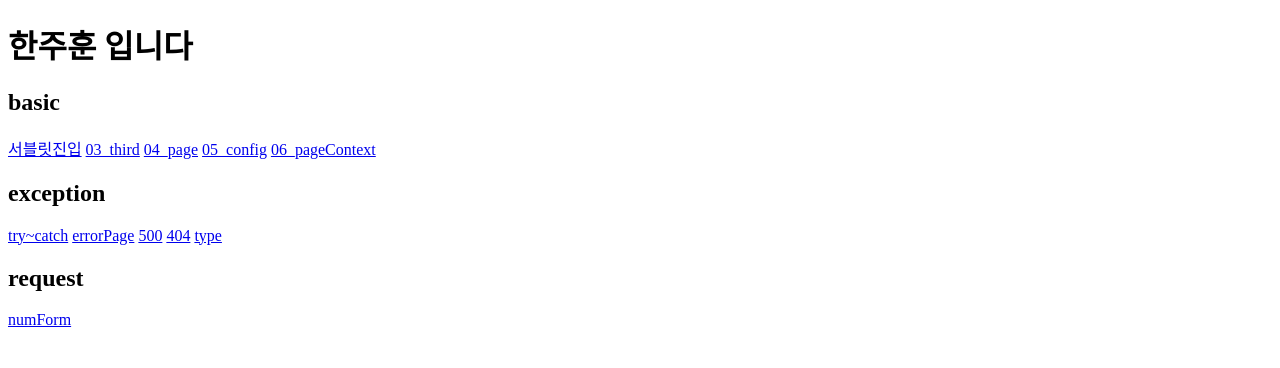
Repository: hjh5217/newJSP
Page: http://localhost/jspProj/
An editor plug-in stored every save of this project. The page is shown before and after the next save, followed by the edit.
The browser window is 1280 px wide. The pictures show the whole page.
The page is served by Tomcat 9.

Above is the page before, as saved 2023-07-27 07:49:29.

After the next save:
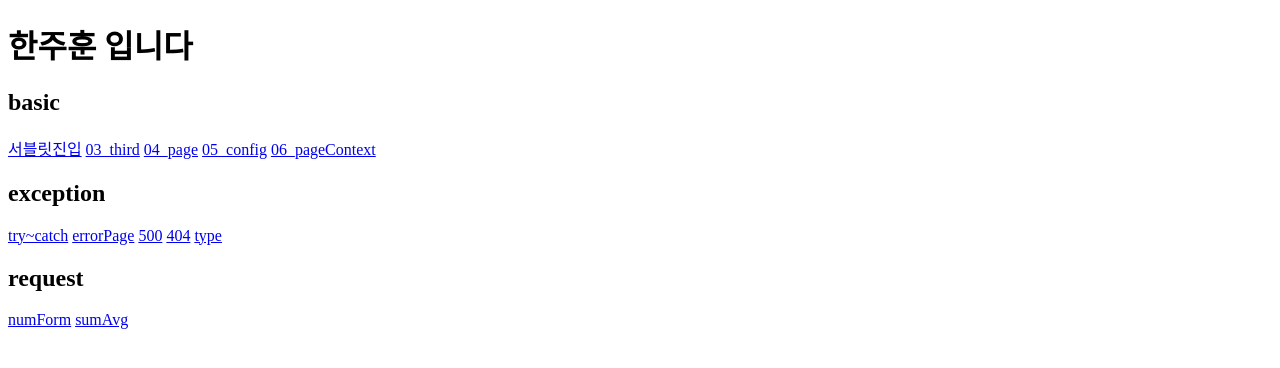
Saved 20 min 12 s later.
--- a/jspProj/src/main/webapp/index.jsp
+++ b/jspProj/src/main/webapp/index.jsp
@@ -22,5 +22,6 @@
 	<a href="err/eee.jsp">type</a>
 	<h2>request</h2>
 	<a href="request/numForm.jsp">numForm</a>
+	<a href="subject/sumAvg.jsp">sumAvg</a>
 </body>
 </html>
